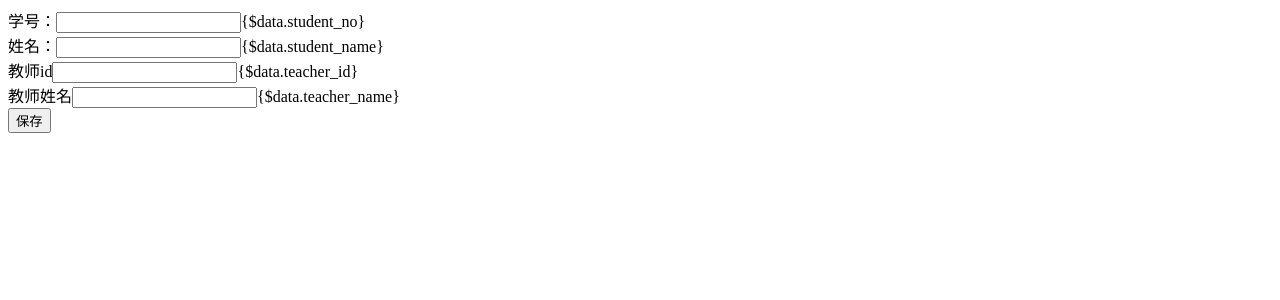
Repository: yonghuisu/THUVote
Page: LocalProject/Application/Home/View/Vote/edit.html
The author's editor kept a copy of each file at every save. The page is drawn from the files as they stood at one save, then again after the next save.
The browser window is 1280 px wide. The pictures show the whole page.

Above is the page before, as saved 2014-04-14 11:08:06.

### LocalProject/Application/Home/View/Vote/edit.html
<FORM method="post" action="__URL__/update">
学号：<INPUT type="text" name="student_no">{$data.student_no}<br/>
姓名：<INPUT type="text" name="student_name">{$data.student_name}<br/>
教师id<INPUT type="text" name = "teacher_id">{$data.teacher_id}<br/>
教师姓名<INPUT type="text" name = "teacher_name">{$data.teacher_name}<br/>
 <INPUT type="submit" value="保存">
 </FORM>

After the next save:
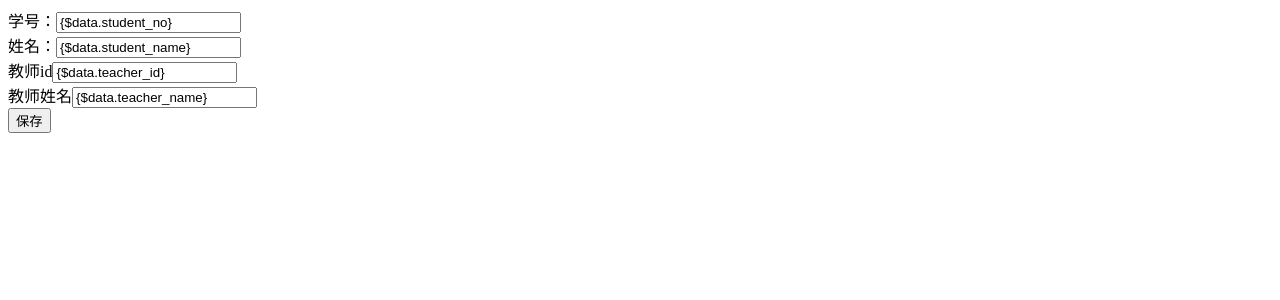
Saved 3 min 10 s later.
--- a/LocalProject/Application/Home/View/Vote/edit.html
+++ b/LocalProject/Application/Home/View/Vote/edit.html
@@ -1,7 +1,7 @@
 <FORM method="post" action="__URL__/update">
-学号：<INPUT type="text" name="student_no">{$data.student_no}<br/>
-姓名：<INPUT type="text" name="student_name">{$data.student_name}<br/>
-教师id<INPUT type="text" name = "teacher_id">{$data.teacher_id}<br/>
-教师姓名<INPUT type="text" name = "teacher_name">{$data.teacher_name}<br/>
+学号：<INPUT type="text" name="student_no" value = "{$data.student_no}"><br/>
+姓名：<INPUT type="text" name="student_name" value="{$data.student_name}"><br/>
+教师id<INPUT type="text" name = "teacher_id" value="{$data.teacher_id}"><br/>
+教师姓名<INPUT type="text" name = "teacher_name" value="{$data.teacher_name}"><br/>
  <INPUT type="submit" value="保存">
  </FORM>
